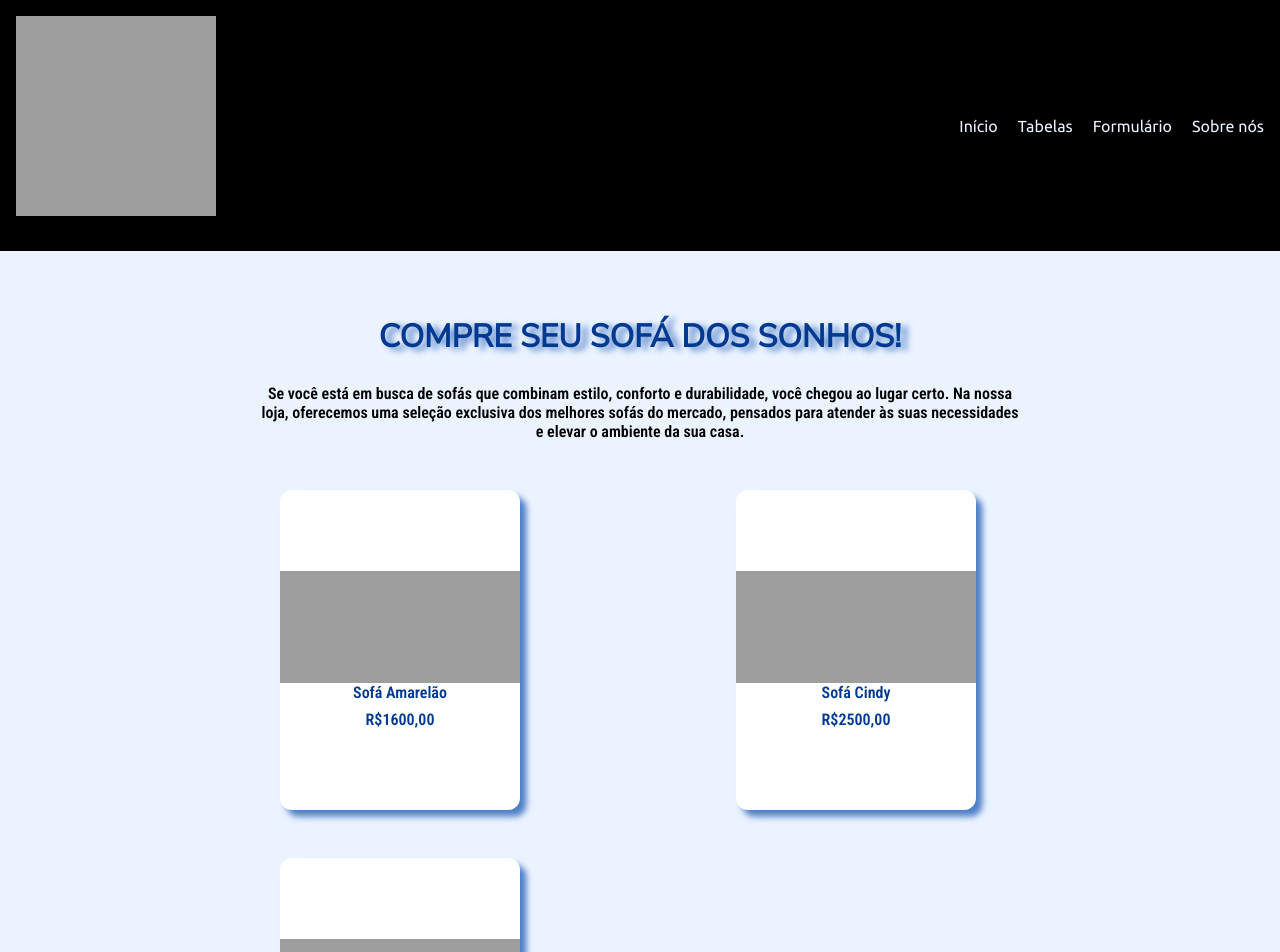
Repository: rafaelhaltarribaFacul/projeto-site
Page: home.html
An editor plug-in stored every save of this project. The page is shown before and after the next save, followed by the edit.
The browser window is 1280 px wide. The pictures show the part of the page from y = 0 to 952 px (the page is 1919 px tall).
Pictures or frames that could not be fetched are drawn as grey boxes. A picture or video elsewhere on the page could not be fetched, so the positions and the page height are approximate. Some web fonts or font styles are not loaded; a fallback is used.

Above is the page before, as saved 2024-09-19 20:09:53.

### home.html
<!DOCTYPE html>
<html lang="en">
  <head>
    <meta charset="UTF-8" />
    <meta name="viewport" content="width=device-width, initial-scale=1.0" />
    <link rel="stylesheet" href="css/home.css" />
    <title>UniSofa</title>
  </head>

  <body>
    <header class="cabecalho">
      <div class="cabecalho__logo">
        <a href="./home.html" class="link-logo" aria-label="Ir para a página inicial"><img src="assets/logo.jpeg" alt=""></a>
      </div>
      <nav class="cabecalho__menu">
        <a class="menu" href="./home.html" aria-label="Ir para a página inicial">Início</a>
        <a class="menu" href="./produtos.html" aria-label="Ver tabelas de produtos">Tabelas</a>
        <a class="menu" href="./cadastro.html" aria-label="Ir para o formulário de contato">Formulário</a>
        <a class="menu" href="./sobre.html" aria-current="page" aria-label="Página atual: Sobre nós">Sobre nós</a>
      </nav>
    </header>

    <main>
      <div class="C-titulo">
        <div class="titulo">
          <h1>COMPRE SEU SOFÁ DOS SONHOS!</h1>
        </div>
        <p>
          Se você está em busca de sofás que combinam estilo, conforto e
          durabilidade, você chegou ao lugar certo. Na nossa loja, oferecemos uma
          seleção exclusiva dos melhores sofás do mercado, pensados para atender
          às suas necessidades e elevar o ambiente da sua casa.
        </p>
      </div>

      <div class="cart-items-container">
        <a href="produtos.html" aria-label="Ver detalhes do Sofá Amarelão">
          <div class="cart-item">
            <span class="itens-sofa">
              <img src="./img/amarelao.webp" alt="sofa amarelo" />
              <div class="content">
                <h3>Sofá Amarelão</h3>
                <div class="price">R$1600,00</div>
              </div>
            </span>
          </div>
        </a>
        <a href="produtos.html">
          <div class="cart-item">
            <span class="itens-sofa">
              <img src="./img/cindy.webp" alt="sofa marrom" />
              <div class="content">
                <h3>Sofá Cindy</h3>
                <div class="price">R$2500,00</div>
              </div>
            </span>
          </div>
        </a>
        <a href="produtos.html">
          <div class="cart-item">
            <span class="itens-sofa">
              <img src="./img/sofa-anaconda.webp" alt="sofa branco" />
              <div class="content">
                <h3>Sofá Anaconda</h3>
                <div class="price">R$3210,00</div>
              </div>
            </span>
          </div>
        </a>
      </div>
    </main>

    <footer class="rodape">
      <p class="rodape__links">
        Acesse nossas páginas nas redes sociais:
        <br />
      </p>
      <section class="icones__links">
        <a href="https://www.instagram.com/" rel="noopener noreferrer" aria-label="Siga-nos no Instagram">
          <img src="./img/icone-instagram.png" alt="Logo instagram" />
        </a>
        <a href="https://www.whatsapp.com/" rel="noopener noreferrer" aria-label="Entre em contato conosco pelo WhatsApp">
          <img src="./img/icone-whastapp.png" alt="Logo whatsapp" />
        </a>
        <a href="https://www.facebook.com/" rel="noopener noreferrer" aria-label="Siga-nos no Facebook">
          <img src="./img/icone-facebook.png" alt="Logo facebook" />
        </a>
        <a href="https://www.linkedin.com/" rel="noopener noreferrer" aria-label="Conecte-se conosco no LinkedIn">
          <img src="./img/icone-linkedin.png" alt="Logo linkedin" />
        </a>
      </section>
      <p class="rodape__paragrafo">
        <br />Copyright &copy; 2024 UniSofa. Todos os direitos reservados.<br />
        Endereço: Rodovia, SC-401, 3730 - Saco Grande, Florianópolis - SC,
        88032-005
      </p>
    </footer>
  </body>
</html>

### css/home.css
@import url("https://fonts.googleapis.com/css2?family=New+Amsterdam&display=swap");
@import url("https://fonts.googleapis.com/css2?family=Ubuntu&display=swap");
@import url("https://fonts.googleapis.com/css2?family=Nunito+Sans:opsz@6..12&family=Ubuntu&display=swap");
@import url("https://fonts.googleapis.com/css2?family=Nunito+Sans:opsz@6..12&family=Roboto+Condensed:wght@600&family=Ubuntu&display=swap");

:root {
    --cor-pricipal: #00398f;
    --cor-secundaria: #4d7ec7;
    --cor-terciaria: #99c2ff;
    --cor-quaternaria: #ebf3ff;
    --cor-quintenaria: #000001;

    --fonte-logo: "New Amsterdam", sans-serif;
    --fonte-principal: "Nunito Sans", sans-serif;
    --fonte-secundaria: "Roboto Condensed", sans-serif;
    --fonte-terciaria: "Ubuntu", sans-serif;

    font-size: 16px;
}

* {
    text-decoration: none;
    margin: 0;
    padding: 0;
    box-sizing: border-box;
}

body {
    background-color: var(--cor-quaternaria);
    color: var(--cor-quintenaria);
    font-family: var(--fonte-principal);
    margin: 0;
    padding: 0;
    min-height: 100vh;
    display: flex;
    flex-direction: column;
}

.cabecalho {
    display: flex;
    justify-content: space-between;
    align-items: center;
    padding: 1rem;
    flex-wrap: wrap;
    background-color: var(--cor-quintenaria);
}

.cabecalho__logo {
    margin-bottom: 0.5rem;
}

.cabecalho__logo img {
    height: 200px;
    width: 200px;
}

.cabecalho__menu {
    display: flex;
    gap: 1rem;
    flex-wrap: wrap;
}

.link-logo {
    font-family: var(--fonte-logo);
    color: var(--cor-quaternaria);
    font-size: 3rem;
}

.cabecalho__menu {
    display: flex;
    gap: 1.25rem;
}

.menu {
    color: var(--cor-quaternaria);
    font-family: var(--fonte-terciaria);
}

.rodape {
    background-color: var(--cor-pricipal);
    color: var(--cor-quaternaria);
    text-align: center;
    padding: 1rem;
    margin-top: auto;
}

.icones__links {
    display: inline;
}

.rodape__paragrafo {
    margin-top: -15px;
}

@media (max-width: 768px) {
    .cabecalho {
        flex-direction: column;
        align-items: flex-start;
        padding: 1rem;
    }

    .cabecalho__menu {
        flex-direction: column;
        gap: 0.5rem;
        margin-top: 1rem;
    }

    .cart-items-container {
        gap: 2rem 6rem;
        width: 80vw;
        padding: 16px;
    }

    .cart-items-container .cart-item {
        width: 12rem;
    }
}

.cart-items-container {
    display: grid;
    grid-template-columns: repeat(auto-fit, minmax(200px, 1fr));
    gap: 3rem 12rem;
    width: 60vw;
    margin: auto;
    margin-top: 16px;
    background-color: var(--cor-quaternaria);
    padding: 24px;
}

.cart-items-container .cart-item {
    display: flex;
    align-items: center;
    width: 15rem;
    background-color: white;
    box-shadow: var(--cor-secundaria) 0.4em 0.4em 0.4em;
    height: 20rem;
    border-radius: 12px;
}

.cart-items-container .cart-item .itens-sofa {
    display: flex;
    flex-direction: column;
    font-size: 2rem;
    cursor: pointer;
    text-align: center;
    width: 15rem;
}

.cart-items-container .cart-item .itens-sofa:hover {
    color: var(--cor-pricipal);
}

.cart-items-container .cart-item img {
    height: 7rem;
    width: 15rem;
}

.cart-items-container .cart-item .content h3 {
    font-size: 1rem;
    color: var(--cor-pricipal);
    font-family: var(--fonte-secundaria);
    padding-bottom: .5rem;
}

.cart-items-container .cart-item .content .price {
    font-size: 1rem;
    color: var(--cor-pricipal);
    font-family: var(--fonte-secundaria);
}

.titulo {
    font-family: var(--fonte-principal);
    text-align: center;
    color: var(--cor-pricipal);
    text-shadow: var(--cor-secundaria) 0.4em 0.2em 0.4em;
    margin-top: 5%;
    margin-bottom: 2%;
}

.C-titulo p {
    font-family: var(--fonte-secundaria);
    color: var(--cor-quintenaria);
    text-align: center;
    margin: auto;
    width: 60vw;
    margin-bottom: 2%;
}

@media screen and (max-width: 480px) {
    .cabecalho__menu {
        flex-direction: column;
        align-items: flex-start;
    }
}

After the next save:
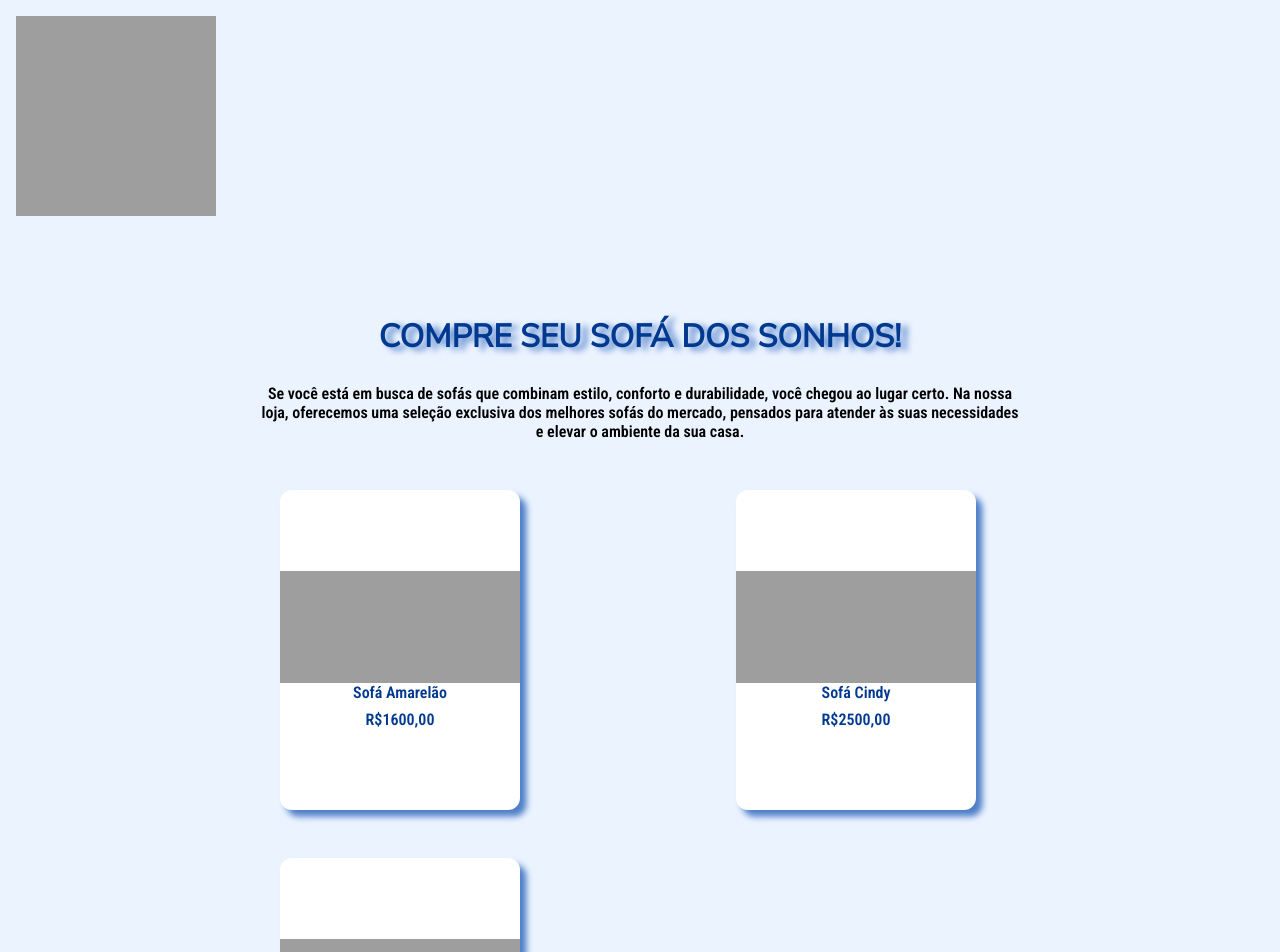
Saved 18 s later.
--- a/css/home.css
+++ b/css/home.css
@@ -42,7 +42,7 @@
     align-items: center;
     padding: 1rem;
     flex-wrap: wrap;
-    background-color: var(--cor-quintenaria);
+    background-color: var(--fonte-principal);
 }
 
 .cabecalho__logo {

After the save that followed:
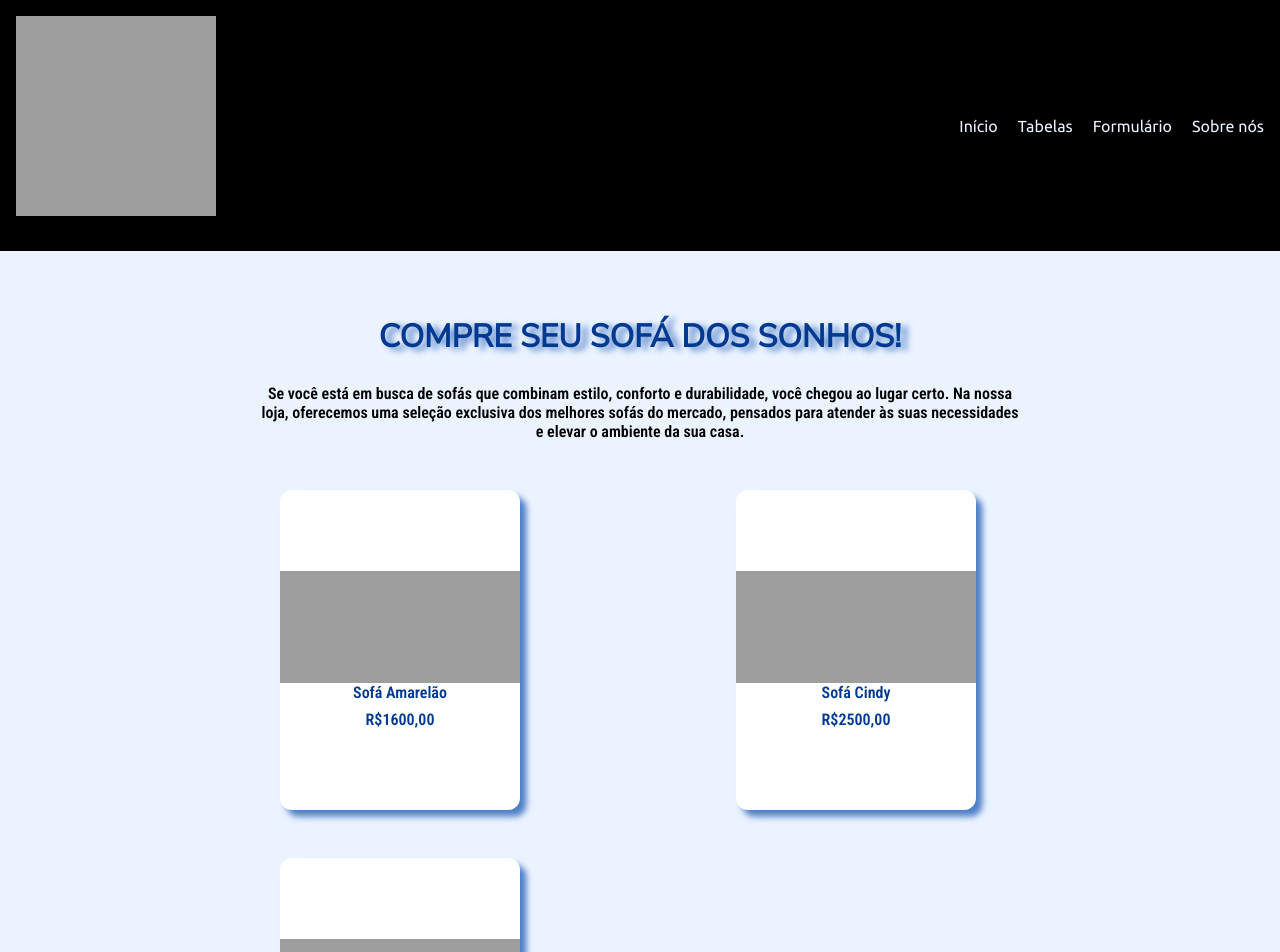
Saved 5 s later.
--- a/css/home.css
+++ b/css/home.css
@@ -42,7 +42,7 @@
     align-items: center;
     padding: 1rem;
     flex-wrap: wrap;
-    background-color: var(--fonte-principal);
+    background-color: var(--cor-quintenaria);
 }
 
 .cabecalho__logo {
